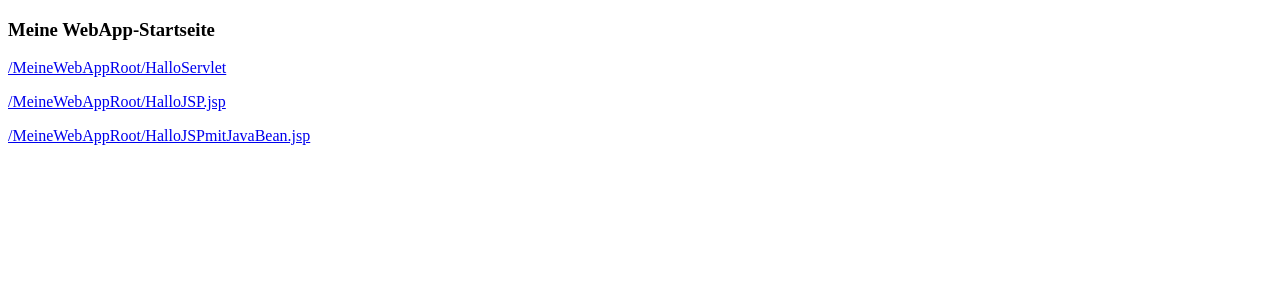
Repository: WebtechTeam7/RentMyStuff
Page: Code/Homepage_Test1/WebContent/META-INF/Index.html
These files come from the project's save history. The page is drawn as it stood at one moment and after the next save; the edit follows.
The browser window is 1280 px wide. The pictures show the whole page.

Above is the page before, as saved 2014-10-16 13:33:20.

After the next save:
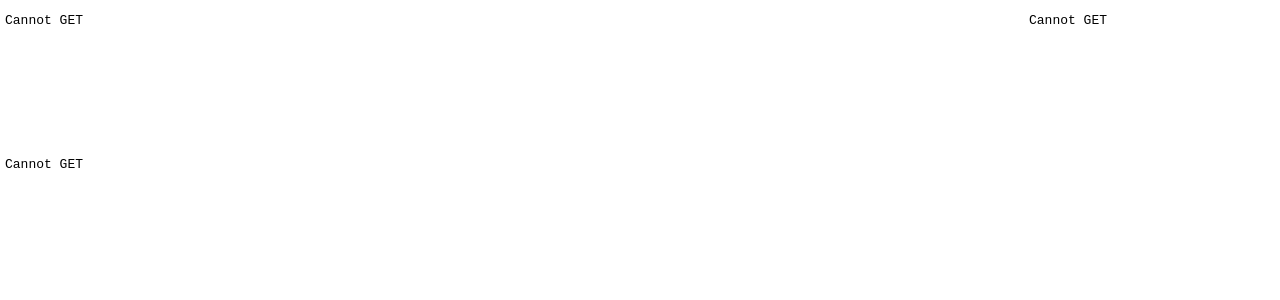
Not found: Code/Homepage_Test1/WebContent/META-INF/m.htm
Not found: Code/Homepage_Test1/WebContent/META-INF/o.htm
Not found: Code/Homepage_Test1/WebContent/META-INF/r.htm
Saved 8 min 17 s later.
--- a/Code/Homepage_Test1/WebContent/META-INF/Index.html
+++ b/Code/Homepage_Test1/WebContent/META-INF/Index.html
@@ -3,6 +3,17 @@
 <head>
   <meta http-equiv="Content-Type" content="text/html; charset=ISO-8859-1">
   <title>Meine WebApp-Startseite</title>
+
+  <frameset cols='*,20%' border='0' frameborder='0' framespacing='0'>
+  <frameset rows='20%,*' border='0' frameborder='0' framespacing='0'>
+  <frame src='o.htm' name='oben' marginwidth='5' marginheight='5' scrolling='auto' noresize>
+  <frame src='m.htm' name='main' marginwidth='5' marginheight='5' scrolling='auto' noresize>
+  </frameset>
+  <frame src='r.htm' name='rechts' marginwidth='5' marginheight='5' scrolling='auto' noresize>
+  <noframes>
+  Erstellt mit dem Frames-Generator von <a href='http://www.dauerstress.de'>Dauerstress</a>
+  </noframes>
+  </frameset>
 </head>
 <body>
   <h3> Meine WebApp-Startseite </h3>

After the save that followed:
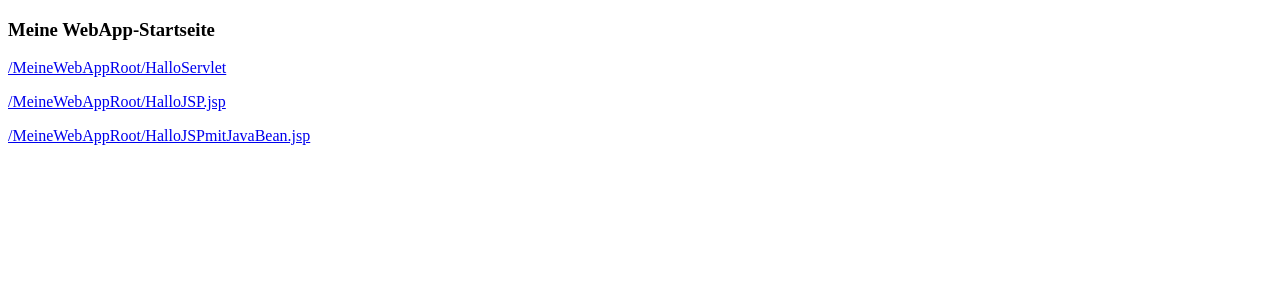
Saved 2 min 52 s later.
--- a/Code/Homepage_Test1/WebContent/META-INF/Index.html
+++ b/Code/Homepage_Test1/WebContent/META-INF/Index.html
@@ -2,18 +2,7 @@
 <html>
 <head>
   <meta http-equiv="Content-Type" content="text/html; charset=ISO-8859-1">
-  <title>Meine WebApp-Startseite</title>
-
-  <frameset cols='*,20%' border='0' frameborder='0' framespacing='0'>
-  <frameset rows='20%,*' border='0' frameborder='0' framespacing='0'>
-  <frame src='o.htm' name='oben' marginwidth='5' marginheight='5' scrolling='auto' noresize>
-  <frame src='m.htm' name='main' marginwidth='5' marginheight='5' scrolling='auto' noresize>
-  </frameset>
-  <frame src='r.htm' name='rechts' marginwidth='5' marginheight='5' scrolling='auto' noresize>
-  <noframes>
-  Erstellt mit dem Frames-Generator von <a href='http://www.dauerstress.de'>Dauerstress</a>
-  </noframes>
-  </frameset>
+  <title>Meine Homepage</title>
 </head>
 <body>
   <h3> Meine WebApp-Startseite </h3>
